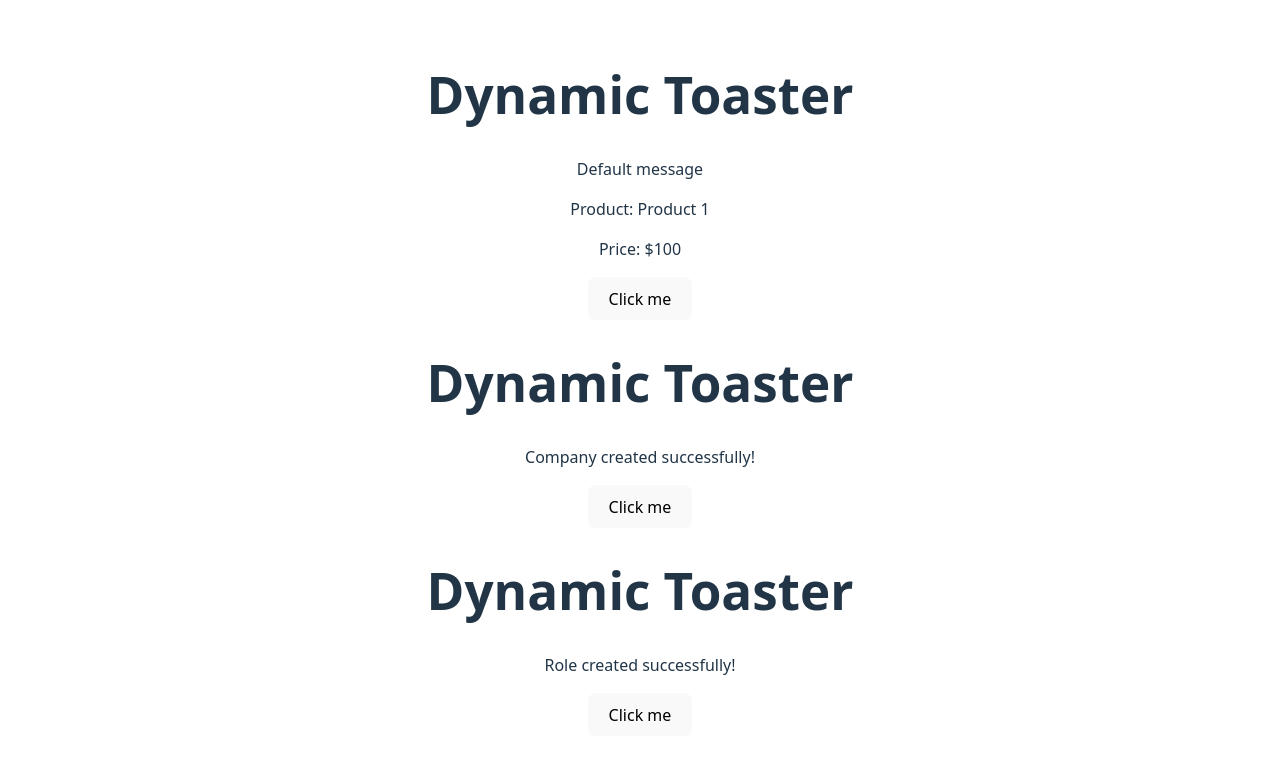
Repository: Janum4444/React-learning
Page: /
An editor plug-in stored every save of this project. The page is shown before and after the next save, followed by the edit.
The browser window is 1280 px wide. The pictures show the whole page.
The project was rebuilt for these pictures with package versions that can differ from the ones it lists, and the page was loaded fresh each time. Also part of the build but not shown: vite.config.js, src/Hello.jsx, src/UserProfile.jsx.

Above is the page before, as saved 2026-02-22 12:33:06.

After the next save:
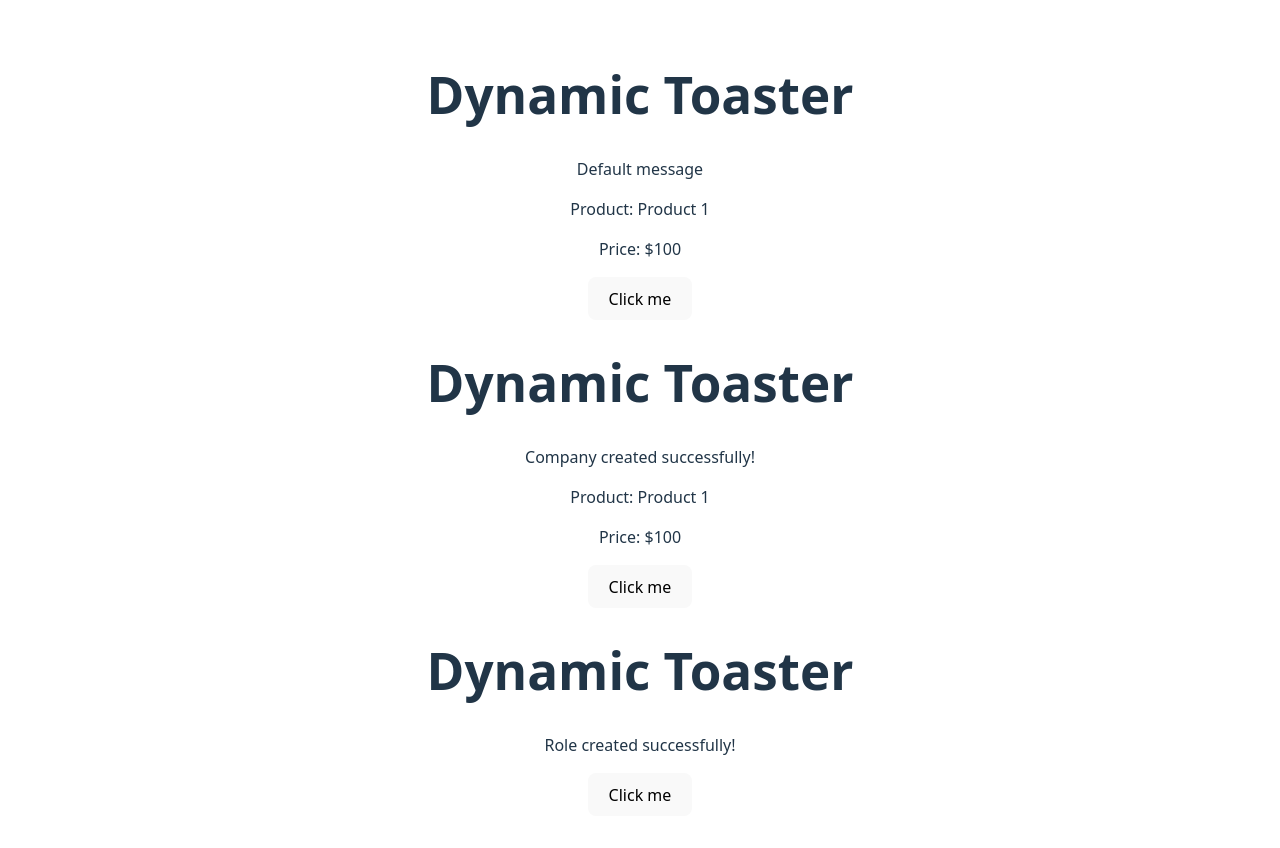
Saved 9 s later.
--- a/src/App.jsx
+++ b/src/App.jsx
@@ -29,7 +29,7 @@ function App() {
         <DynamicToaster  product={product[0]} />
 
         {/* //company creation */}
-        <DynamicToaster message="Company created successfully!" label="Company close" />
+        <DynamicToaster message="Company created successfully!" product={product[0]} label="Company close" />
 
         <DynamicToaster message="Role created successfully!" />
 
